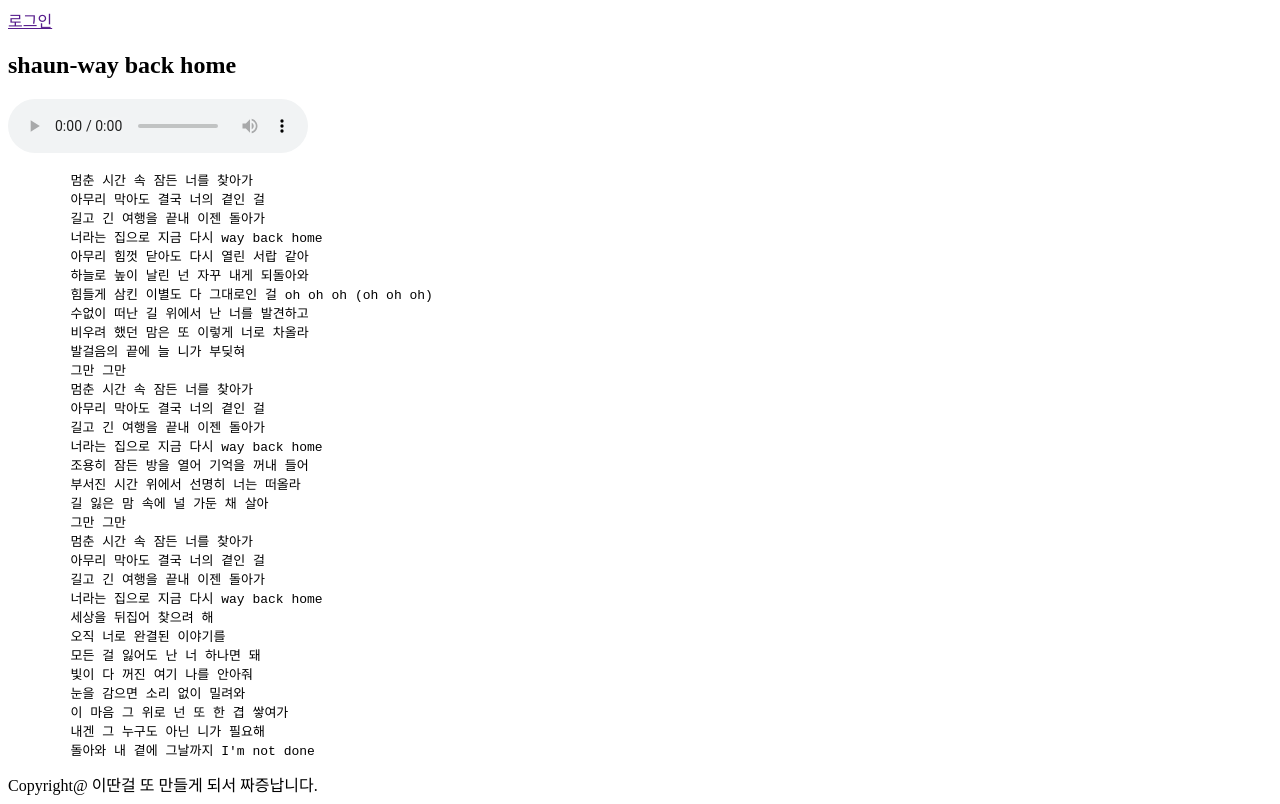
Repository: lch901/HelloWorld
Page: http://localhost/2020_shop/
These files come from the project's save history. The page is drawn as it stood at one moment and after the next save; the edit follows.
The browser window is 1280 px wide. The pictures show the whole page.
The page is served by Tomcat 9.

Above is the page before, as saved 2020-08-25 12:02:45.

After the next save:
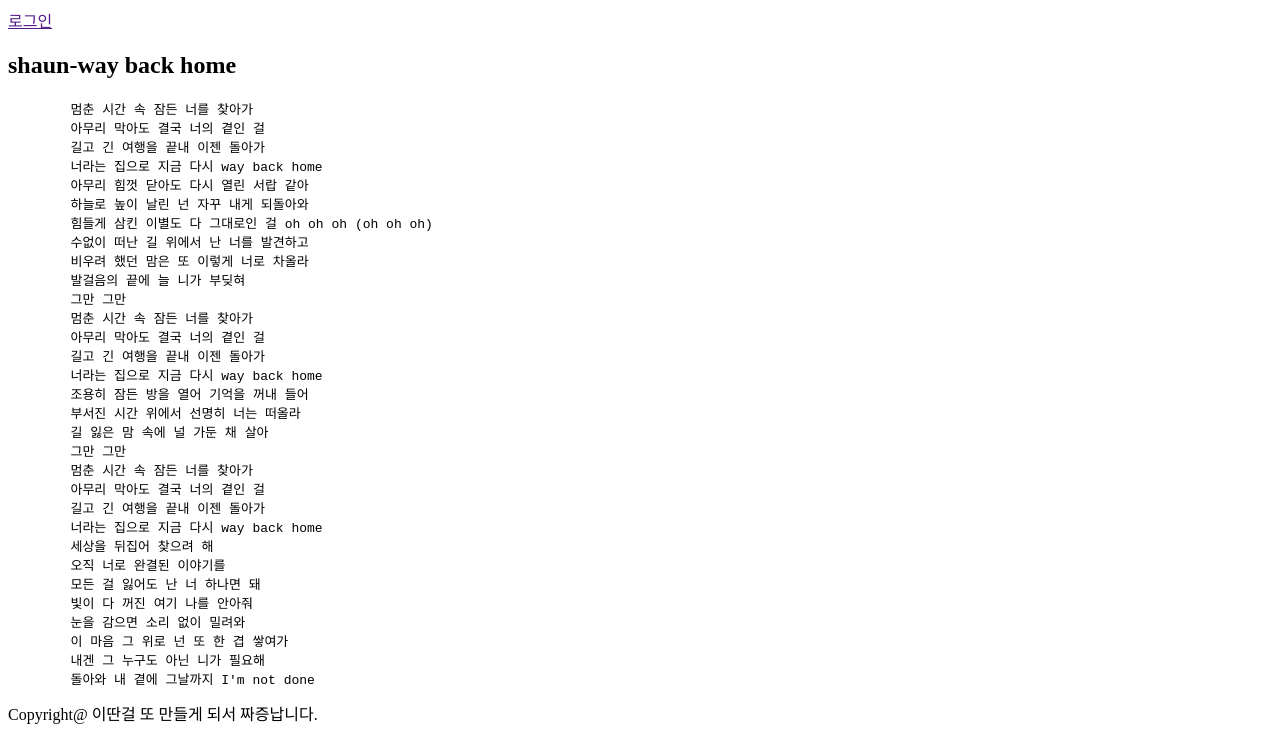
Saved 36 s later.
--- a/2020_shop/WebContent/home.jsp
+++ b/2020_shop/WebContent/home.jsp
@@ -1,9 +1,6 @@
 <%@ page language="java" contentType="text/html; charset=UTF-8"
     pageEncoding="UTF-8"%>
 <h1>shaun-way back home</h1>
-<audio controls>
-	<source src="./music/WayBackHoe.mp3" type="audio/mp3">
-</audio>
 <pre>
  	멈춘 시간 속 잠든 너를 찾아가
 	아무리 막아도 결국 너의 곁인 걸
